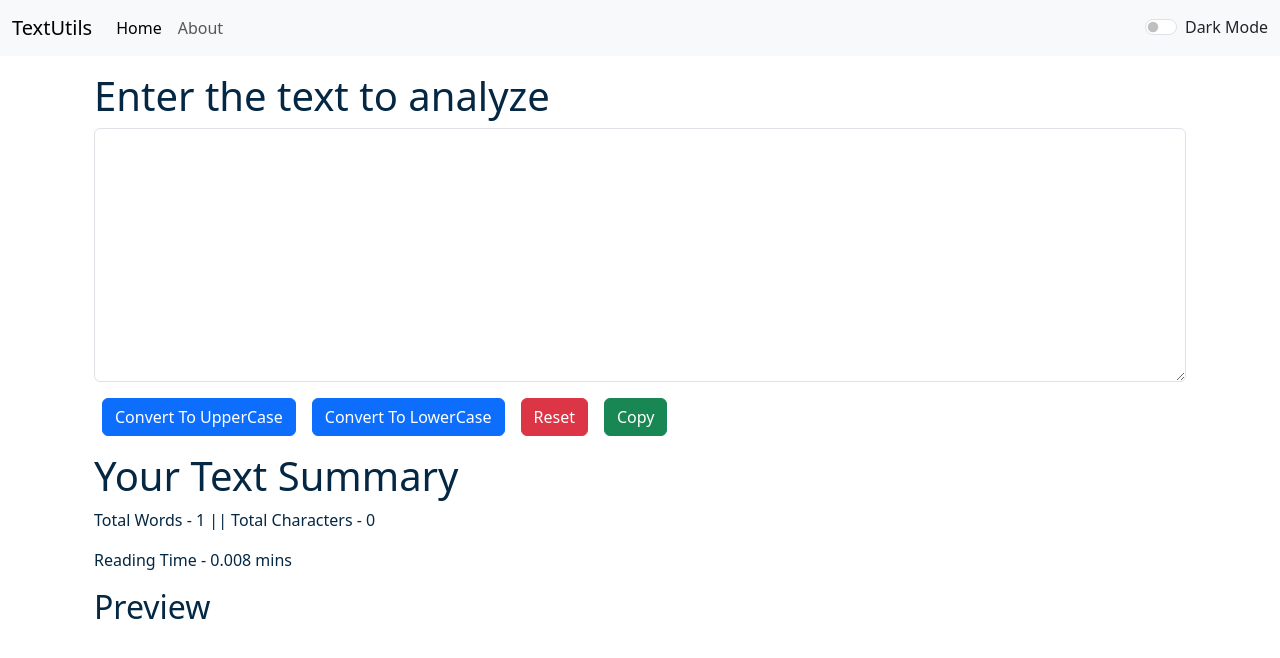
Repository: Rohit-foryou/Text-Utils
Page: /
The author's editor kept a copy of each file at every save. The page is drawn from the files as they stood at one save, then again after the next save.
The browser window is 1280 px wide. The pictures show the whole page.
The project was rebuilt for these pictures with package versions that can differ from the ones it lists, and the page was loaded fresh each time. Also part of the build but not shown: src/index.css, src/App.css.

Above is the page before, as saved 2023-12-21 14:30:43.

### public/index.html
<!DOCTYPE html>
<html lang="en">
  <head>
    <meta charset="utf-8" />
    <link rel="icon" href="%PUBLIC_URL%/favicon.ico" />
    <meta name="viewport" content="width=device-width, initial-scale=1" />
    <meta name="theme-color" content="#000000" />
    <meta
      name="description"
      content="Web site created using create-react-app"
    />
    <link rel="apple-touch-icon" href="%PUBLIC_URL%/logo192.png" />
    <link rel="manifest" href="%PUBLIC_URL%/manifest.json" />

    <!-- Bootstrap CSS -->
    <link href="https://cdn.jsdelivr.net/npm/bootstrap@5.3.2/dist/css/bootstrap.min.css" rel="stylesheet" integrity="sha384-T3c6CoIi6uLrA9TneNEoa7RxnatzjcDSCmG1MXxSR1GAsXEV/Dwwykc2MPK8M2HN" crossorigin="anonymous">

    <title>React App</title>
  </head>
  <body>
    <noscript>You need to enable JavaScript to run this app.</noscript>
    <div id="root"></div>

    <script src="https://cdn.jsdelivr.net/npm/bootstrap@5.3.2/dist/js/bootstrap.bundle.min.js" integrity="sha384-C6RzsynM9kWDrMNeT87bh95OGNyZPhcTNXj1NW7RuBCsyN/o0jlpcV8Qyq46cDfL" crossorigin="anonymous"></script>
  </body>
</html>

### src/App.js
import "./App.css";
// import About from "./components/About";
import Navbar from "./components/Navbar";
import TextForm from "./components/TextForm";
import React, {useState} from "react";


function App() {
  const [mode, setMode] = useState('light');
  const toggleMode = ()=>{
      if(mode === 'light'){
        setMode('dark');
        document.body.style.backgroundColor = '#042743';
      }
      else{
        setMode('light');
        document.body.style.backgroundColor = 'light';
      }
  }
  return (
    <>
      <Navbar title = "TextUtils" aboutText = "About" mode={mode} toggleMode = {toggleMode}/>
      <div className="container my-3">
      <TextForm heading = "Enter the text to analyze" mode={mode}/>
      {/* <About/> */}
      </div>
    </>
  );
}

export default App;

### src/components/Navbar.js
import React from 'react'
import PropTypes from 'prop-types'


export default function Navbar(props) {
  return (
    <nav className={`navbar navbar-expand-lg navbar-${props.mode} bg-${props.mode}`}>
        <div className="container-fluid">
          <a className="navbar-brand" href="/">{props.title}</a>
          <button className="navbar-toggler" type="button" data-bs-toggle="collapse" data-bs-target="#navbarSupportedContent" aria-controls="navbarSupportedContent" aria-expanded="false" aria-label="Toggle navigation">
            <span className="navbar-toggler-icon"></span>
          </button>
          <div className="collapse navbar-collapse" id="navbarSupportedContent">
            <ul className="navbar-nav me-auto mb-2 mb-lg-0">
              <li className="nav-item">
                <a className="nav-link active" aria-current="page" href="/">Home</a>
              </li>
              <li className="nav-item">
                <a className="nav-link" href="/">{props.aboutText}</a>
              </li>
            </ul>
            {/* <form className="d-flex" role="search">
              <input className="form-control me-2" type="search" placeholder="Search" aria-label="Search"/>
              <button className="btn btn-primary" type="submit">Search</button>
            </form> */}
              <div className={`form-check form-switch text-${props.mode==='light'?'dark':'light'}`}>
              <input className="form-check-input" onClick={props.toggleMode} type="checkbox" role="switch" id="flexSwitchCheckDefault"/>
              <label className="form-check-label" htmlFor="flexSwitchCheckDefault">Dark Mode</label>
            </div>
          </div>
        </div>
      </nav>
  )
}

Navbar.propTypes = {title: PropTypes.string.isRequired,
                     AboutText: PropTypes.string}

// Navbar.defaultProps = {
//     title: 'write title',
//     aboutText: 'About',
// }

### src/components/TextForm.js
import React, {useState} from 'react'


export default function TextForm(props) {
  const handleUpClick = ()=>{
      // console.log("uppercase is clicked" + text)
      let newText =  text.toUpperCase();
      setText(newText)
  }
  const handleLowClick = ()=>{
      let newText =  text.toLowerCase();
      setText(newText)
  }
  const handleClearClick = ()=>{
      let newText =  '';
      setText(newText)
  }
  const handleCopyClick = () => {
    var text = document.getElementById("myBox");
    text.select();
    navigator.clipboard.writeText(text.value)
  };
  const handleOnChange = (event)=>{
      // console.log("On change")
      setText(event.target.value)
  }
  const [text, setText] = useState('');
  return (
    <>
    <div className='container' style={{color: props.mode==='dark'?'white':'#042743'}}>
        <h1>{props.heading}</h1>
        <div className="mb-3">
        <textarea className="form-control" value = {text} onChange={handleOnChange} style={{backgroundColor: props.mode==='dark'?'grey':'white', color: props.mode==='dark'?'white':'#042743' }} id="myBox" rows="10"></textarea>
        </div>
        <button className="btn btn-primary


        mx-2" onClick={handleUpClick}>Convert To UpperCase</button>
        <button className="btn btn-primary


        mx-2" onClick={handleLowClick}>Convert To LowerCase</button>
        <button className="btn btn-danger mx-2" onClick={handleClearClick}>Reset</button>
        <button className="btn btn-success mx-2" onClick={handleCopyClick}>Copy</button>
    </div>
    <div className="container my-3" style={{color: props.mode==='dark'?'white':'#042743'}}>
      <h1>Your Text Summary</h1>
      <p>Total Words - {text.split(" ").length} ||  Total Characters - {text.length}</p>
      <p>Reading Time - {0.008*text.split(" ").length} mins  </p>
      <h2>Preview</h2>
      <p>{text}</p>
    </div>
    </>
  )
}

Loaded but not shown: src/index.js (common file); src/reportWebVitals.js (common file)

After the next save:
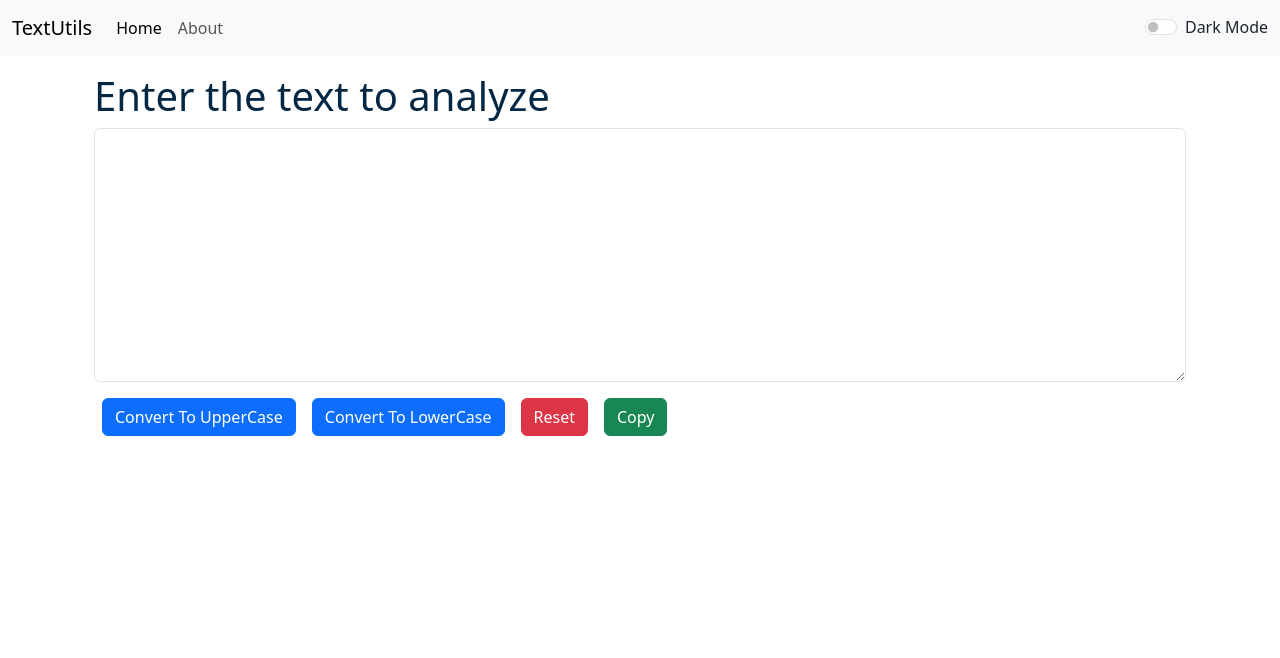
Saved 2 min 10 s later.
--- a/src/components/TextForm.js
+++ b/src/components/TextForm.js
@@ -43,7 +43,7 @@ export default function TextForm(props) {
         <button className="btn btn-danger mx-2" onClick={handleClearClick}>Reset</button>
         <button className="btn btn-success mx-2" onClick={handleCopyClick}>Copy</button>
     </div>
-    <div className="container my-3" style={{color: props.mode==='dark'?'white':'#042743'}}>
+    <div className="container my-3" style={{color: props.mode==='dark'?'white':'white'}}>
       <h1>Your Text Summary</h1>
       <p>Total Words - {text.split(" ").length} ||  Total Characters - {text.length}</p>
       <p>Reading Time - {0.008*text.split(" ").length} mins  </p>
